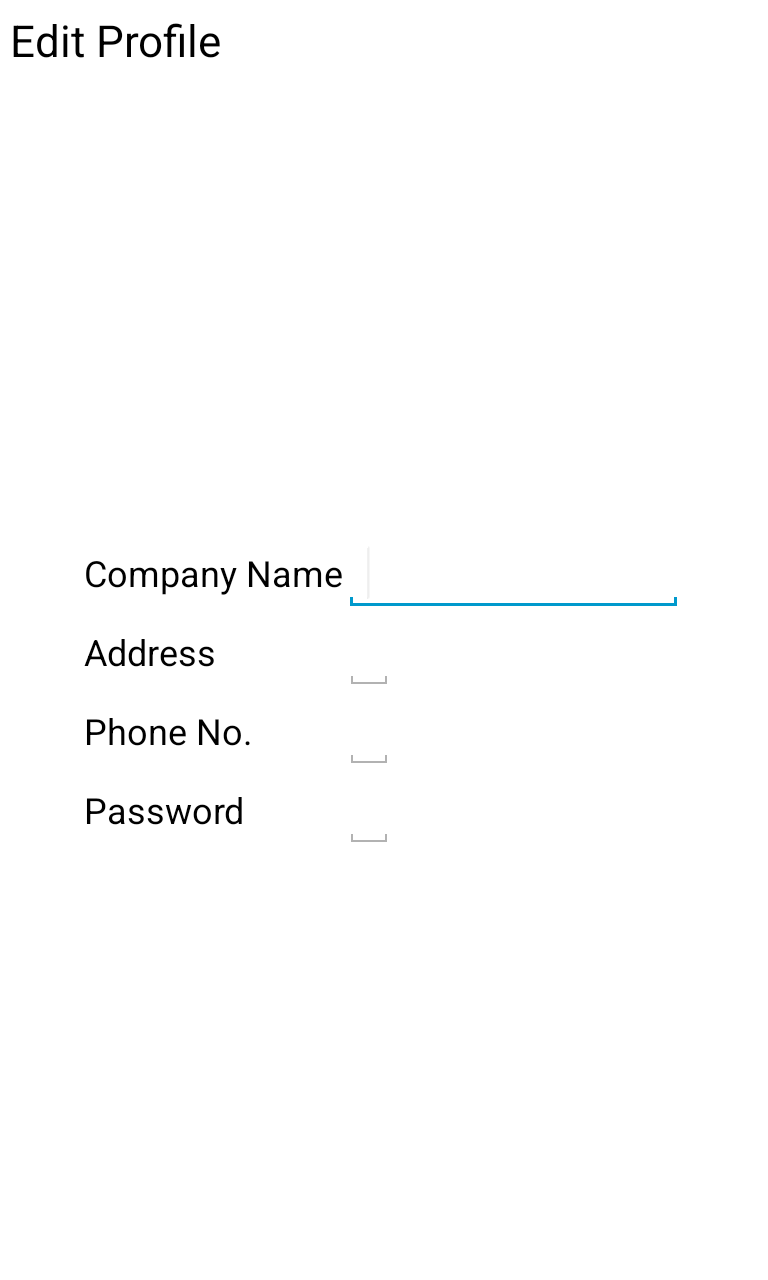
Repository: judemailom/queue-manager
Layout: QueueManager/res/layout/activity_settings.xml
These files come from the project's save history. The layout is drawn as it stood at one moment and after the next save; the edit follows.
It is drawn on a 768 x 1280 px phone screen (xhdpi) without system bars, with theme AppTheme; the app's code is not run.

Above is the layout before, as saved 2013-12-23 18:08:59.

### QueueManager/res/layout/activity_settings.xml
<LinearLayout xmlns:android="http://schemas.android.com/apk/res/android"
    xmlns:tools="http://schemas.android.com/tools"
    android:layout_width="wrap_content"
    android:layout_height="wrap_content"
    android:orientation="vertical"
    tools:context=".Settings" >

    <TextView
        android:id="@+id/profile_header"
        android:layout_width="wrap_content"
        android:layout_height="wrap_content"
        android:layout_gravity="fill_horizontal"
        android:layout_weight="1"
        android:padding="@dimen/table_padding"
        android:text="@string/action_settings"
        android:textAppearance="?android:attr/textAppearanceLarge" />

    <TableLayout
        android:layout_width="310dp"
        android:layout_height="0dp"
        android:layout_gravity="center"
        android:layout_marginTop="15dp"
        android:layout_weight="1.82"
        android:padding="@dimen/table_padding" >

        <TableRow
            android:layout_width="wrap_content"
            android:layout_height="wrap_content" >

            <TextView
                android:id="@+id/profile_name_label"
                android:layout_width="wrap_content"
                android:layout_height="wrap_content"
                android:text="@string/company_name"
                android:textAppearance="?android:attr/textAppearanceMedium" />

            <EditText
                android:id="@+id/profile_name"
                android:layout_width="0dp"
                android:layout_height="wrap_content"
                android:layout_weight="1"
                android:hint="@string/hint" >

                <requestFocus />
            </EditText>
        </TableRow>

        <TableRow
            android:layout_width="wrap_content"
            android:layout_height="wrap_content" >

            <TextView
                android:id="@+id/profile_address_label"
                android:layout_width="wrap_content"
                android:layout_height="wrap_content"
                android:text="@string/profile_address"
                android:textAppearance="?android:attr/textAppearanceMedium" />

            <EditText
                android:id="@+id/profile_address"
                android:layout_width="wrap_content"
                android:layout_height="wrap_content"
                android:inputType="textPostalAddress" />

        </TableRow>

        <TableRow
            android:layout_width="wrap_content"
            android:layout_height="wrap_content" >

            <TextView
                android:id="@+id/profile_phone_label"
                android:layout_width="wrap_content"
                android:layout_height="wrap_content"
                android:text="@string/profile_phone"
                android:textAppearance="?android:attr/textAppearanceMedium" />

            <EditText
                android:id="@+id/profile_phone"
                android:layout_width="wrap_content"
                android:layout_height="wrap_content"
                android:inputType="phone" />

        </TableRow>

        <TableRow
            android:layout_width="wrap_content"
            android:layout_height="wrap_content" >

            <TextView
                android:id="@+id/profile_password_label"
                android:layout_width="wrap_content"
                android:layout_height="wrap_content"
                android:text="@string/profile_password"
                android:textAppearance="?android:attr/textAppearanceMedium" />

            <EditText
                android:id="@+id/profile_password"
                android:layout_width="wrap_content"
                android:layout_height="wrap_content"
                android:inputType="textPassword" />

        </TableRow>
    </TableLayout>

</LinearLayout>

### QueueManager/res/values/styles.xml
<resources>

    <!--
        Base application theme, dependent on API level. This theme is replaced
        by AppBaseTheme from res/values-vXX/styles.xml on newer devices.
    -->
    <style name="AppBaseTheme" parent="android:Theme.Light.NoTitleBar">
        <!--
            Theme customizations available in newer API levels can go in
            res/values-vXX/styles.xml, while customizations related to
            backward-compatibility can go here.
        -->
    </style>

    <!-- Application theme. -->
    <style name="AppTheme" parent="AppBaseTheme">
        <!-- All customizations that are NOT specific to a particular API-level can go here. -->
    </style>
    <color name="white">#FFFFFF</color>
    <color name="gray">#F0F0F0</color>

</resources>

### QueueManager/res/values/dimens.xml
<resources>

    <!-- Default screen margins, per the Android Design guidelines. -->
    <dimen name="activity_horizontal_margin">20dp</dimen>
    <dimen name="activity_vertical_margin">20dp</dimen>
    <dimen name="font_title">50dp</dimen>
    <dimen name="font_home">20dp</dimen>
    <dimen name="table_padding">5dp</dimen>

</resources>

### QueueManager/res/values/strings.xml
<?xml version="1.0" encoding="utf-8"?>
<resources>

    <string name="app_name">Queue Manager</string>
    <string name="action_settings">Edit Profile</string>
    <string name="title">Logo</string>
    <string name="login">Login</string>
    <string name="hint_password">Password</string>
    <string name="title_activity_home">HomeActivity</string>
    <string name="hello_world">Hello world!</string>
    <string name="desc_calendar">calendar</string>
    <string name="desc_queue">queue count</string>
    <string name="desc_clock">clock</string>
    <string name="button_close">OPEN QUEUE</string>
    <string name="button_pause">PAUSE QUEUE</string>
    <string name="title_activity_queue">Queue</string>
    <string name="now_serving">Now Serving</string>
    <string name="current_queue">Current Queue</string>
    <string name="desc_now_serving">now_serving</string>
    <string name="desc_current_queue">current_queue</string>
    <string name="queue_count">CLOSED QUEUE</string>
    <string name="about">About</string>
    <string name="help">Help</string>
    <string name="title_activity_settings">Settings</string>
    <string name="title_activity_about">About</string>
    <string name="title_activity_help">Help</string>
    <string name="company_name">Company Name</string>
    <string name="hint"></string>
    <string name="profile_address">Address</string>
    <string name="profile_phone">Phone No.</string>
    <string name="profile_password">Password</string>

</resources>

Loaded but not shown: QueueManager/res/values-v11/styles.xml (common file); QueueManager/res/values-v14/styles.xml (common file)

After the next save:
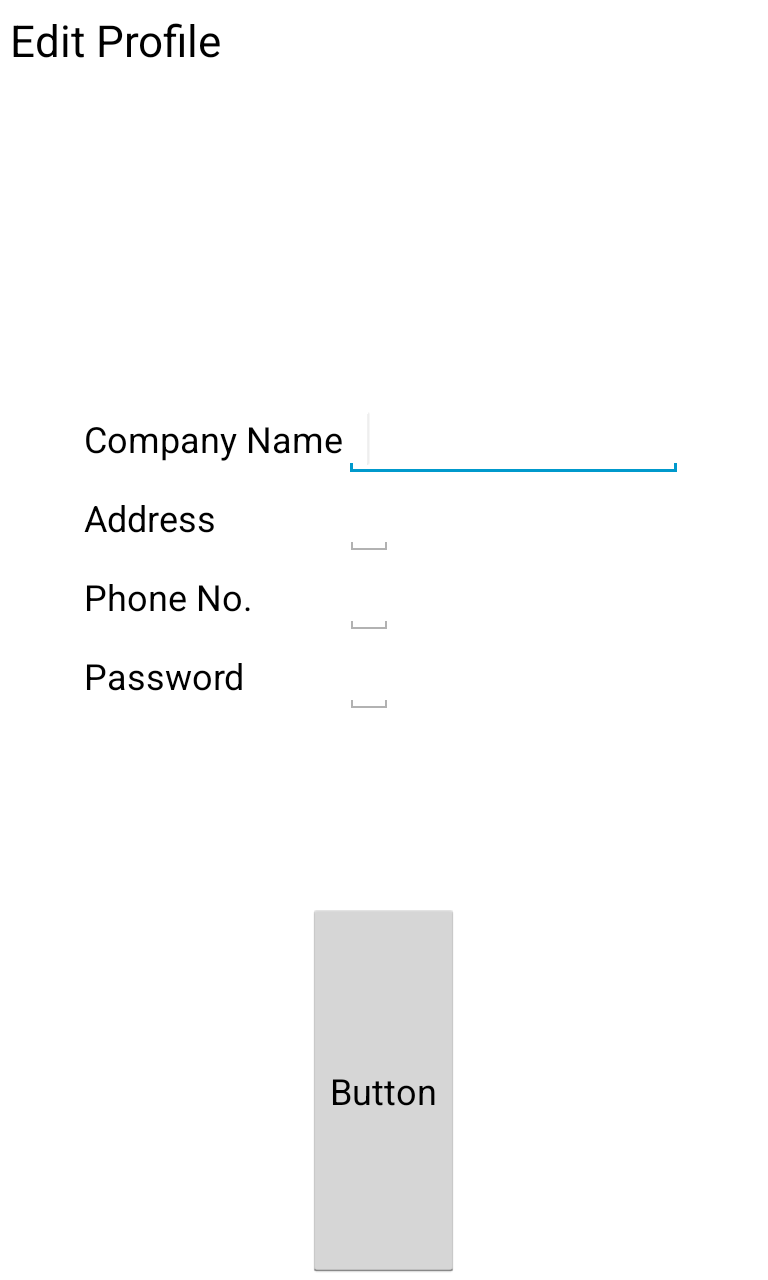
Saved 42 s later.
--- a/QueueManager/res/layout/activity_settings.xml
+++ b/QueueManager/res/layout/activity_settings.xml
@@ -103,4 +103,12 @@
         </TableRow>
     </TableLayout>
 
+    <Button
+        android:id="@+id/button1"
+        android:layout_width="wrap_content"
+        android:layout_height="wrap_content"
+        android:layout_gravity="center"
+        android:layout_weight="1"
+        android:text="Button" />
+
 </LinearLayout>
